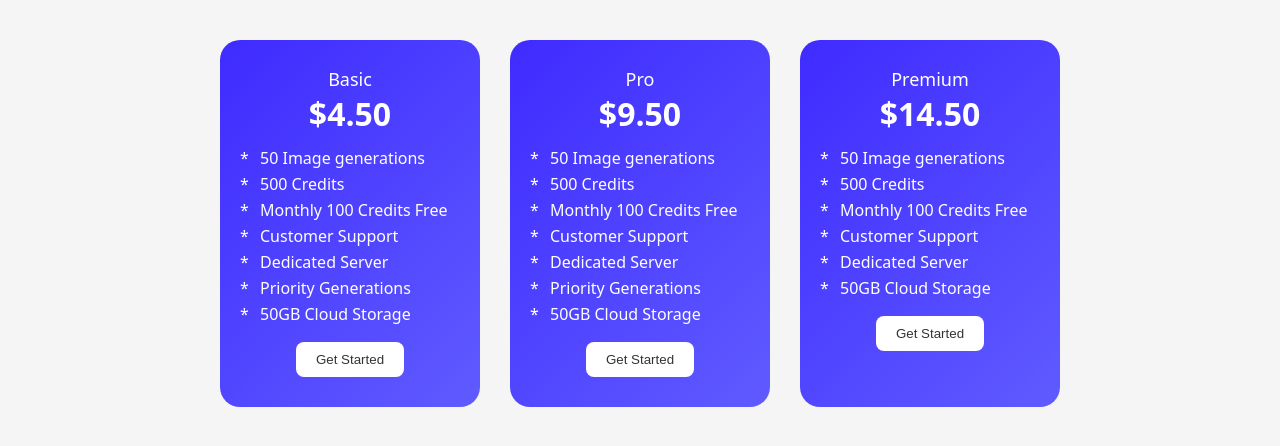
Repository: doanhieu0707/Homework-Day-5
Page: pricing-table.html
These files come from the project's save history. The page is drawn as it stood at one moment and after the next save; the edit follows.
The browser window is 1280 px wide. The pictures show the whole page.

Above is the page before, as saved 2026-04-02 14:56:38.

### pricing-table.html
<!doctype html>
<html lang="en">
    <head>
        <meta charset="UTF-8" />
        <meta name="viewport" content="width=device-width, initial-scale=1.0" />
        <link rel="stylesheet" href="./css/reset.css" />
        <link rel="stylesheet" href="./css/style.css" />
        <title>Pricing-Table</title>
    </head>
    <body>
        <div class="pricing">
            <div class="pricing-item">
                <h3 class="pricing-title">Basic</h3>
                <div class="pricing-price">$4.50</div>
                <ul class="pricing-list">
                    <li>50 Image generations</li>
                    <li>500 Credits</li>
                    <li>Monthly 100 Credits Free</li>
                    <li>Customer Support</li>
                    <li>Dedicated Server</li>
                    <li>Priority Generations</li>
                    <li>50GB Cloud Storage</li>
                </ul>
                <button class="btn">Get Started</button>
            </div>

            <div class="pricing-item">
                <h3 class="pricing-title">Pro</h3>
                <div class="pricing-price">$9.50</div>
                <ul class="pricing-list">
                    <li>50 Image generations</li>
                    <li>500 Credits</li>
                    <li>Monthly 100 Credits Free</li>
                    <li>Customer Support</li>
                    <li>Dedicated Server</li>
                    <li>Priority Generations</li>
                    <li>50GB Cloud Storage</li>
                </ul>
                <button class="btn">Get Started</button>
            </div>

            <div class="pricing-item">
                <h3 class="pricing-title">Premium</h3>
                <div class="pricing-price">$14.50</div>
                <ul class="pricing-list">
                    <li>50 Image generations</li>
                    <li>500 Credits</li>
                    <li>Monthly 100 Credits Free</li>
                    <li>Customer Support</li>
                    <li>Dedicated Server</li>
                    <li>50GB Cloud Storage</li>
                </ul>
                <button class="btn">Get Started</button>
            </div>
        </div>
    </body>
</html>

### css/style.css
* {
    box-sizing: border-box;
}

body {
    background-color: gray;
    font-family:
        system-ui,
        -apple-system,
        BlinkMacSystemFont,
        "Segoe UI",
        Roboto,
        Oxygen,
        Ubuntu,
        Cantarell,
        "Fira Sans",
        "Droid Sans",
        "Helvetica Neue",
        sans-serif;
}

/* ===== Menu ===== */
.menu {
    display: flex;
    align-items: center;
    justify-content: center;
    padding: 0 45px;
    font-size: 0;
    background-color: #3e5cca;
}

.menu li {
    display: inline-block;
    position: relative;
}

.menu li::before {
    content: "";
    position: absolute;
    left: 0;
    top: 0;
    width: 1px;
    height: 100%;
    background-color: #2d4db7;
}

.menu li:first-child::before {
    display: none;
}

.menu li a {
    display: inline-block;
    color: white;
    font-size: 16px;
    padding: 21px;
    text-decoration: none;
}

.menu li a::before {
    content: "\25B6";
    margin-right: 6px;
    font-size: 10px;
}

.menu li:hover > a {
    background-color: pink;
    color: #3e5cca;
}

.menu li a:focus,
.menu li a:target {
    background-color: blueviolet;
    color: red;
}

/* ===== Form ===== */
.form {
    max-width: 400px;
    padding: 25px;
    margin: 10px auto;
    border-radius: 20px;
    background-color: #fff;
}

.form-heading {
    margin-bottom: 32px;
    text-align: center;
    font-size: 24px;
    font-weight: bold;
    color: red;
}

.form-label {
    display: block;
    margin: 12px 0 4px;
    font-weight: 600;
    font-size: 12px;
}

.form-label::after {
    content: " *";
    color: red;
}

.form-input {
    width: 100%;
    padding: 6px 8px;
    border: 1px solid gray;
    border-radius: 5px;
    outline: none;
}

.form-input:focus {
    border-color: blueviolet;
}

.form-input:invalid {
    border-color: red;
}

.avatar {
    width: 100px;
    height: 100px;
    cursor: pointer;
    border-radius: 50%;
}

.form-options label {
    display: block;
}

.form-footer {
    display: flex;
    margin-top: 28px;
    justify-content: space-between;
}

.btn {
    display: inline-block;
    padding: 6px 16px;
    border-radius: 5px;
    min-width: 100px;
    text-align: center;
    border: none;
    background: rgb(87, 142, 230);
    color: white;
    cursor: pointer;
}

.btn:hover {
    background: #3e5cca;
}

.btn:active {
    transform: scale(0.95);
}

/* =====  */
body {
    background: #f5f5f5;
    padding: 40px;
}

/* container */
.pricing {
    display: flex;
    justify-content: center;
    gap: 30px;
}

/* card */
.pricing-item {
    width: 260px;
    padding: 30px 20px;
    border-radius: 20px;
    background: linear-gradient(135deg,#3f2bff,#5f5bff);
    color: white;
    text-align: center;
    transition: 0.3s;
}

.pricing-item:hover {
    transform: translateY(-10px);
    box-shadow: 0 15px 30px rgba(0,0,0,0.2);
}

/* .pricing-item:nth-child(2) {
    transform: scale(1.05);
    box-shadow: 0 15px 30px rgba(0,0,0,0.3);
} */

.pricing-title {
    font-size: 18px;
    margin-bottom: 10px;
}

.pricing-price {
    font-size: 32px;
    font-weight: bold;
    margin-bottom: 20px;
}

.pricing-list {
    list-style: none;
    text-align: left;
    margin-bottom: 20px;
}

.pricing-list li {
    margin: 10px 0;
    padding-left: 20px;
    position: relative;
}

.pricing-list li::before {
    content: "*";
    position: absolute;
    left: 0;
    color: #fff;
}

.btn {
    padding: 10px 20px;
    border-radius: 8px;
    border: none;
    background: #fff;
    color: #333;
    cursor: pointer;
}

.btn:hover {
    background: #eee;
}

Loaded but not shown: css/reset.css (common file)

After the next save:
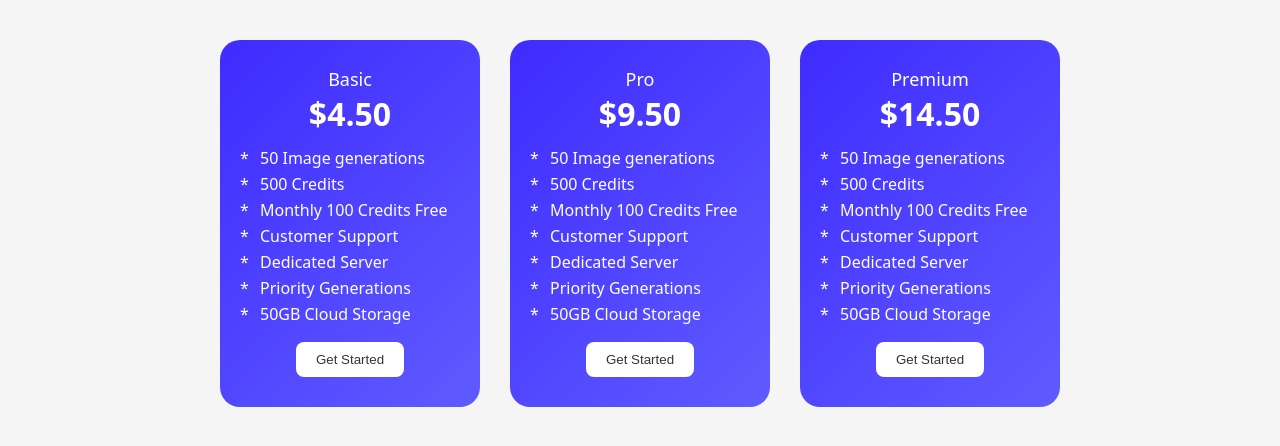
Saved 5 s later.
--- a/pricing-table.html
+++ b/pricing-table.html
@@ -48,6 +48,7 @@
                     <li>Monthly 100 Credits Free</li>
                     <li>Customer Support</li>
                     <li>Dedicated Server</li>
+                    <li>Priority Generations</li>
                     <li>50GB Cloud Storage</li>
                 </ul>
                 <button class="btn">Get Started</button>
